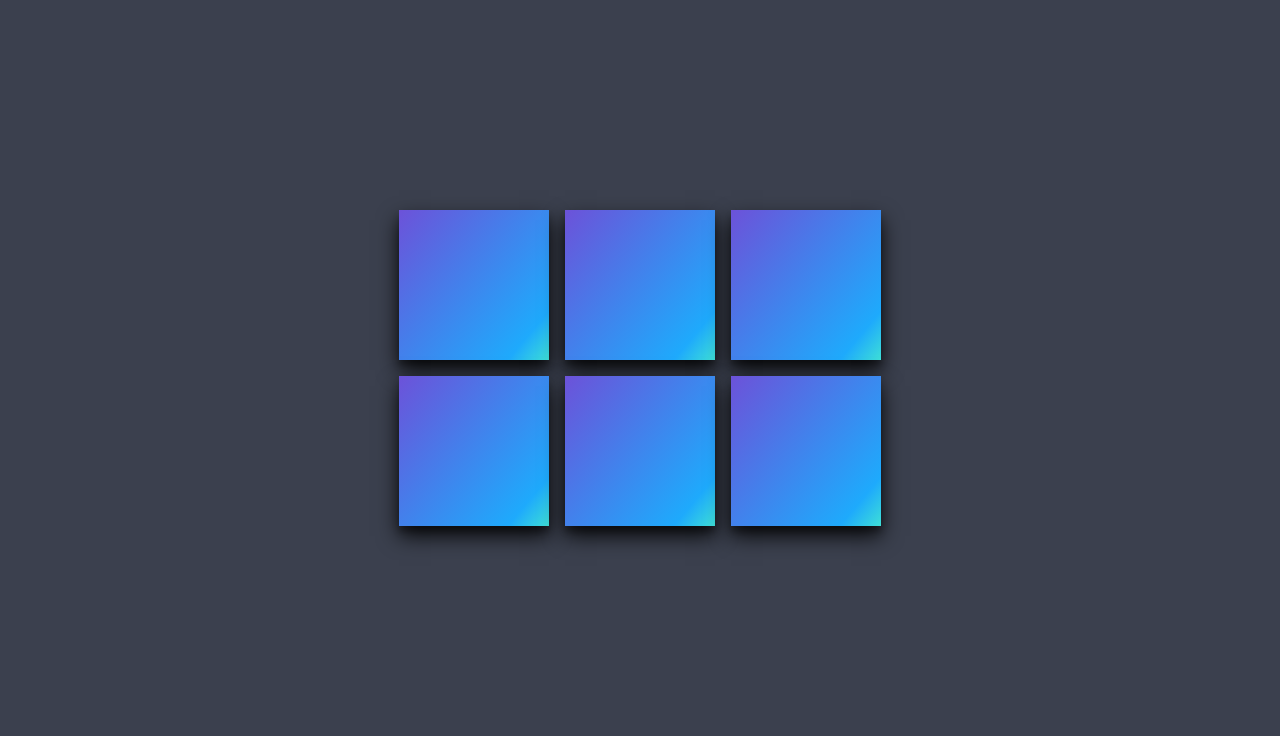
Repository: mariocapitbrok/css-grid
Page: index.html
These files come from the project's save history. The page is drawn as it stood at one moment and after the next save; the edit follows.
The browser window is 1280 px wide. The pictures show the whole page.

Above is the page before, as saved 2022-12-29 13:19:30.

### index.html
<!DOCTYPE html>
<html lang="en">
<head>
  <meta charset="UTF-8">
  <meta http-equiv="X-UA-Compatible" content="IE=edge">
  <meta name="viewport" content="width=device-width, initial-scale=1.0">
  <link rel="stylesheet" href="styles.css">
  <title>Grid and Flexbox</title>
</head>
<body>
  <div class="container">
    <div class="item item1"></div>
    <div class="item item2"></div>
    <div class="item item3"></div>
    <div class="item item4"></div>
    <div class="item item5"></div>
    <div class="item item6"></div>
  </div>
</body>
</html>

### styles.css
body {
  background-color: #3b404e;
  height: 100vh;
  display: flex;
  justify-content: center;
  align-items: center;
}

.container {
  display: grid;
  grid-template-columns: 150px 150px 150px;
  grid-template-rows: 150px 150px;
  grid-gap: 1rem;
}

.item {
  background-color: #1EAAFC;
  background-image: linear-gradient(130deg, #6C52D9 0%, #1EAAFC 85%, #3EDFD7 100%);
  box-shadow: 0 10px 20px rgba(0, 0, 0, 0.88), 0 6px 6px rgba(0, 0, 0, 0.231);
}

After the next save:
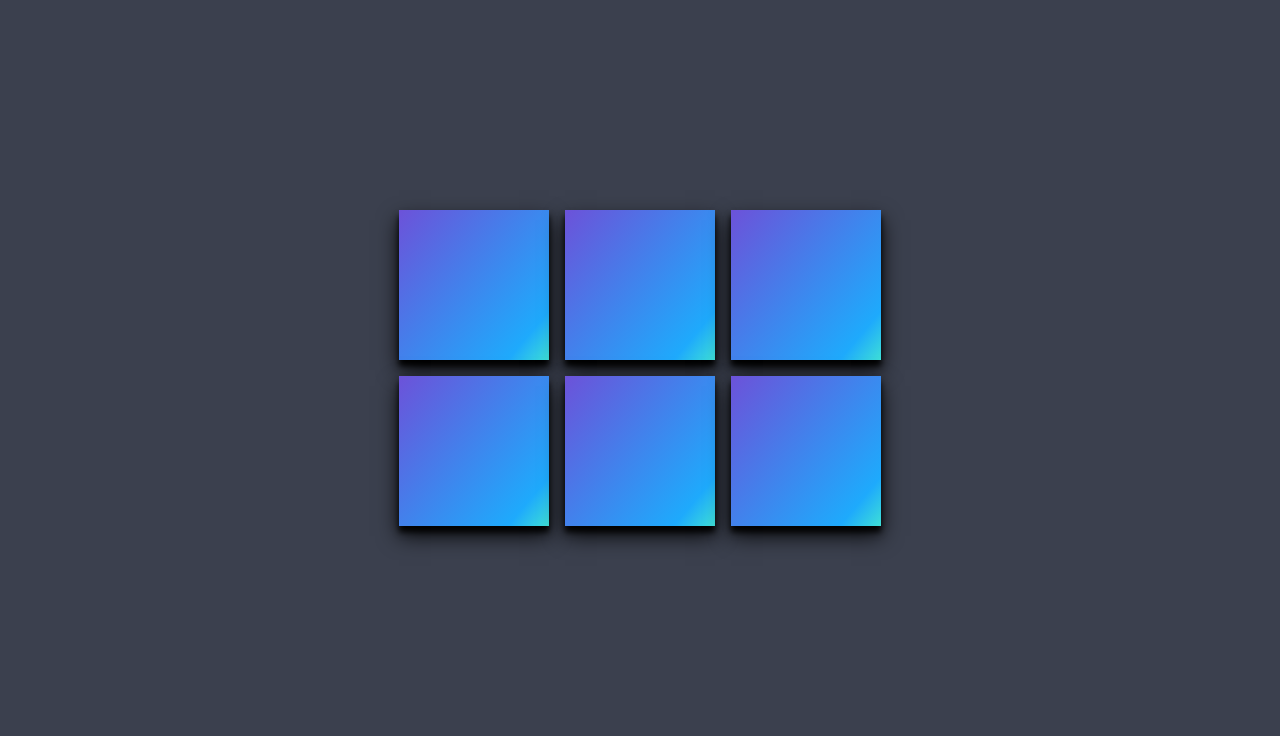
Saved 8 s later.
--- a/styles.css
+++ b/styles.css
@@ -16,5 +16,5 @@ body {
 .item {
   background-color: #1EAAFC;
   background-image: linear-gradient(130deg, #6C52D9 0%, #1EAAFC 85%, #3EDFD7 100%);
-  box-shadow: 0 10px 20px rgba(0, 0, 0, 0.88), 0 6px 6px rgba(0, 0, 0, 0.231);
+  box-shadow: 0 10px 20px rgba(0, 0, 0, 0.88), 0 6px 6px rgba(0, 0, 0, 0.931);
 }
